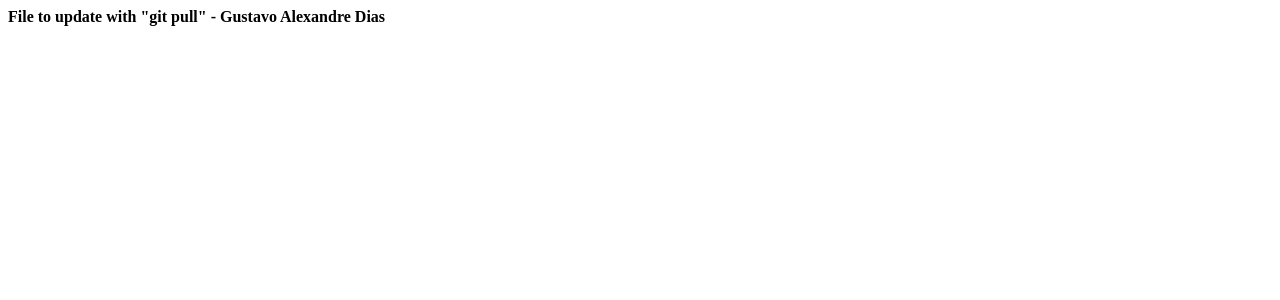
Repository: gustavo-eng/curso_git_1
Page: sobre.html
These files come from the project's save history. The page is drawn as it stood at one moment and after the next save; the edit follows.
The browser window is 1280 px wide. The pictures show the whole page.

Above is the page before, as saved 2023-01-13 14:33:37.

### sobre.html
<h4>File to update with "git pull" - Gustavo Alexandre Dias  </h4>

After the next save:
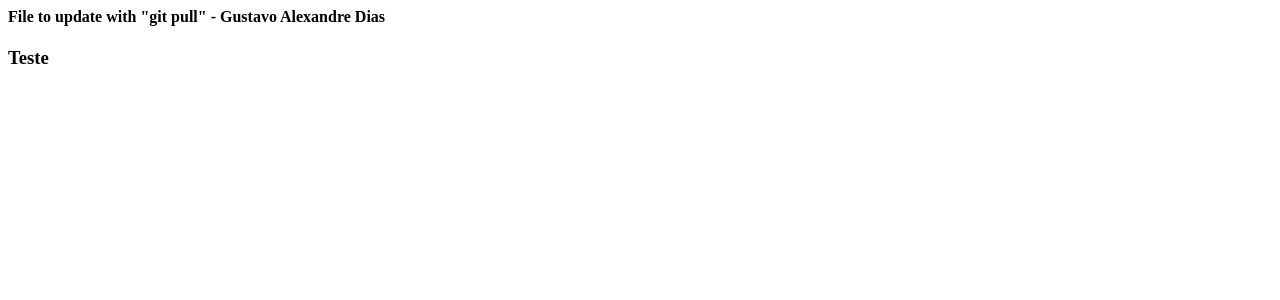
Saved 2 min 43 s later.
--- a/sobre.html
+++ b/sobre.html
@@ -1 +1,3 @@
 <h4>File to update with "git pull" - Gustavo Alexandre Dias  </h4>
+
+<h3>Teste</h3>
